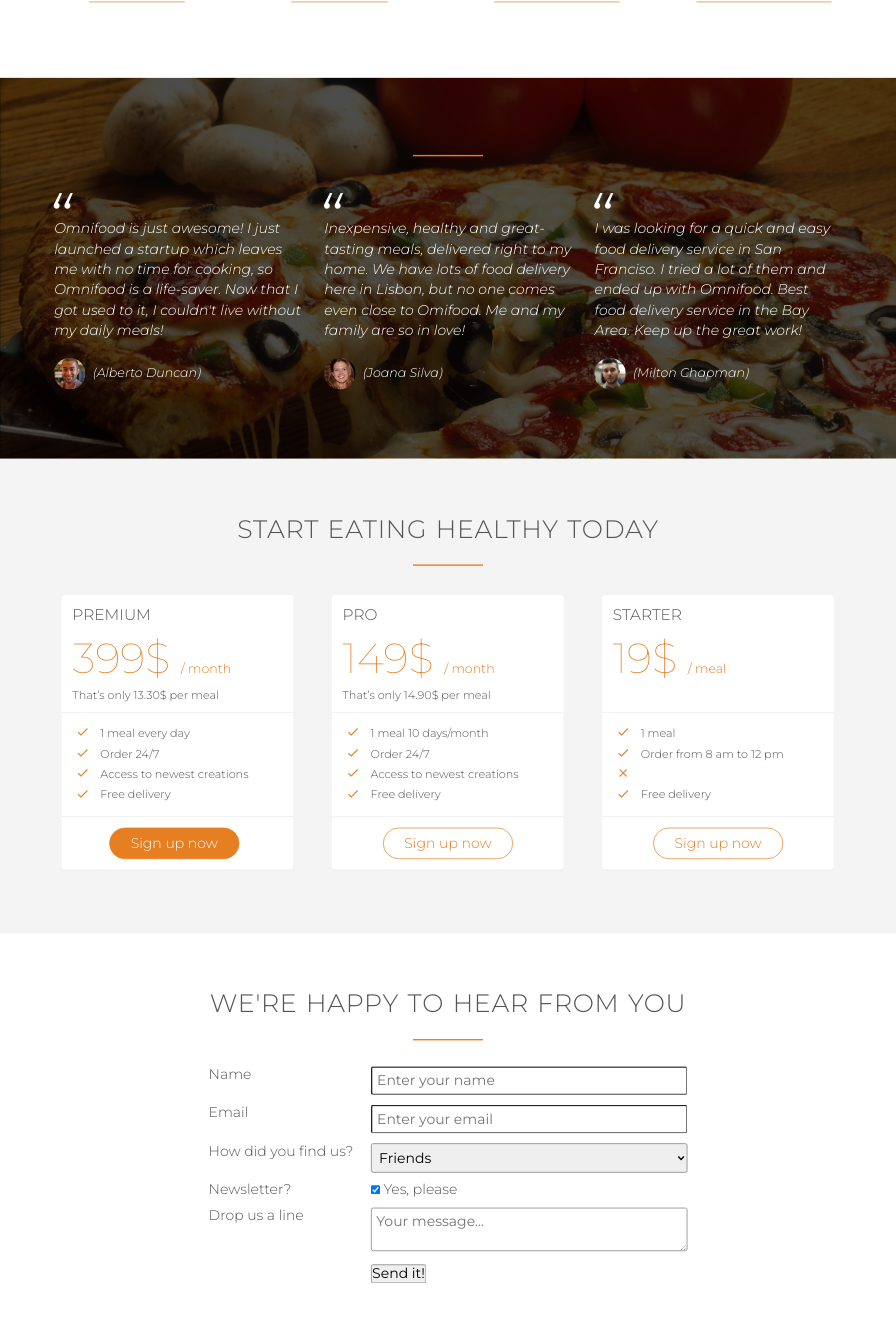
Repository: bbaryn/tasty-food-page
Page: index.html
The author's editor kept a copy of each file at every save. The page is drawn from the files as they stood at one save, then again after the next save.
The browser window is 1280 px wide. The pictures show the part of the page from y = 3255 to 5175 px (the page is 5175 px tall before and 5171 px after), at 70% of full size.
Backgrounds fixed to the window are drawn as part of the page.

Above is the page before, as saved 2019-03-28 11:00:52.

After the next save:
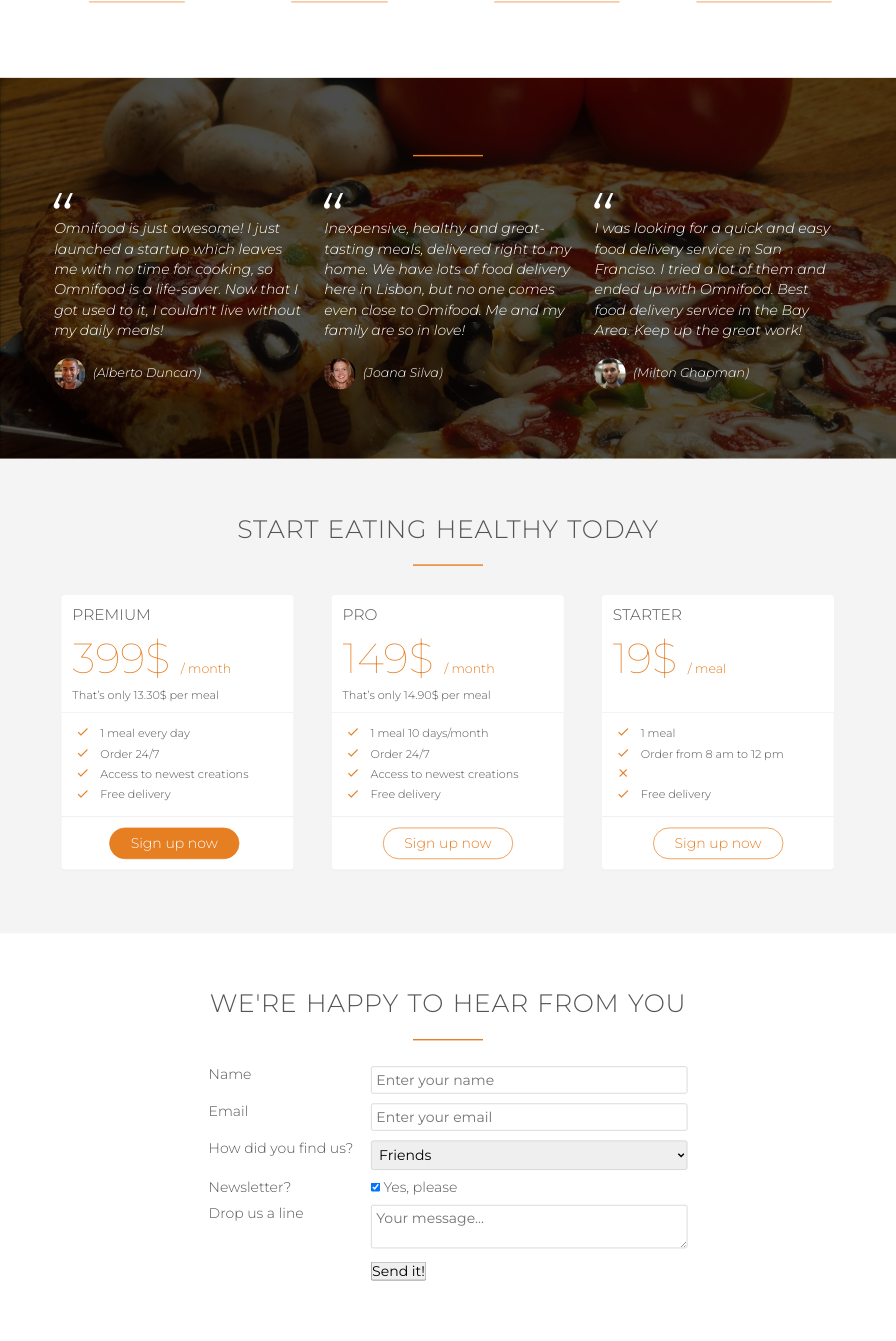
Saved 25 s later.
--- a/resources/css/style.css
+++ b/resources/css/style.css
@@ -466,4 +466,5 @@
     width: 100%;
     padding: 7px;
     border-radius: 3px;
-}
+    border: 1px solid #ccc;
+}
